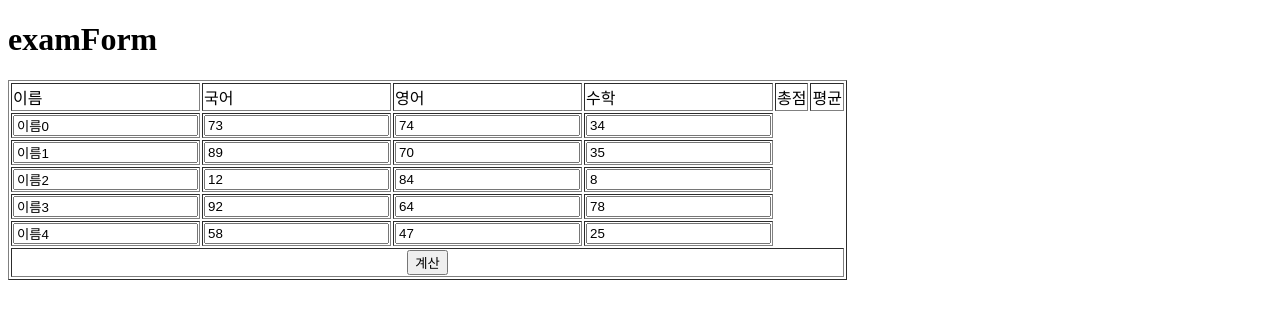
Repository: Jhoon0211/java_work
Page: http://localhost/jspProj/exam/examForm.jsp
An editor plug-in stored every save of this project. The page is shown before and after the next save, followed by the edit.
The browser window is 1280 px wide. The pictures show the whole page.
The page is served by Tomcat 9. Other server files are loaded and not shown.

Above is the page before, as saved 2023-07-31 07:09:40.

### jspProj/src/main/webapp/exam/examForm.jsp
<%@ page language="java" contentType="text/html; charset=UTF-8"
    pageEncoding="UTF-8"%>
<!DOCTYPE html>
<html>
<head>
<meta charset="UTF-8">
<title>Insert title here</title>
</head>
<body>
<h1>examForm</h1>
	<form action="examReg.jsp">
		<table border="">
			<tr>
				<td>이름</td>
				<td>국어</td>
				<td>영어</td>
				<td>수학</td>
				<td>총점</td>
				<td>평균</td>
			</tr>
			<% for(int i = 0; i<5; i++){ %>
			<tr>
				<td><input type="text" name="name" value="<%="이름" + i %>"/></td>
				<td><input type="text" name="kor" value="<%=(int)(Math.random()*100)%>"/></td>
				<td><input type="text" name="eng" value="<%=(int)(Math.random()*100) %>"/></td>
				<td><input type="text" name="math" value="<%=(int)(Math.random()*100) %>"/></td>
			</tr>
			<% } %>
			<tr>
				<td colspan="8" align="center">
					<input type="submit" value="계산" />
				</td>
			</tr>
		</table>
	</form>
</body>
</html>

After the next save:
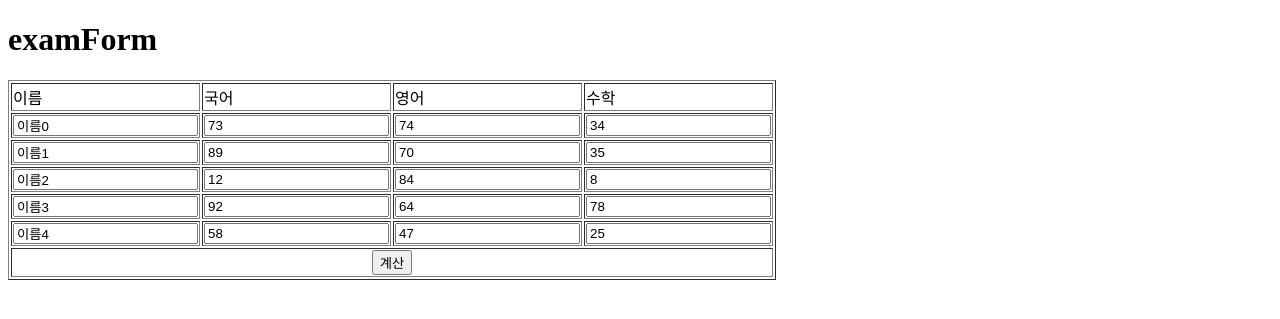
Saved 11 s later.
--- a/jspProj/src/main/webapp/exam/examForm.jsp
+++ b/jspProj/src/main/webapp/exam/examForm.jsp
@@ -15,8 +15,6 @@
 				<td>국어</td>
 				<td>영어</td>
 				<td>수학</td>
-				<td>총점</td>
-				<td>평균</td>
 			</tr>
 			<% for(int i = 0; i<5; i++){ %>
 			<tr>
